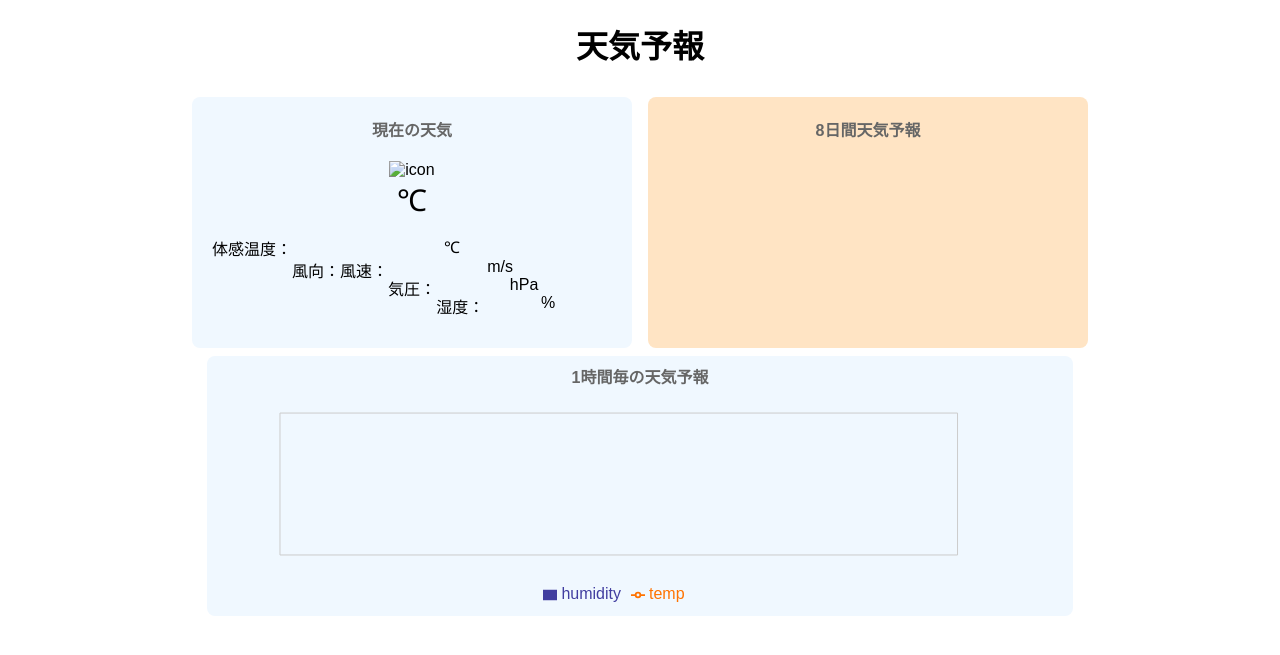
Repository: IshigureTomoki/weather-app
Page: /
These files come from the project's save history. The page is drawn as it stood at one moment and after a run of saves; the edit follows.
The browser window is 1280 px wide. The pictures show the whole page.
The page's requests for data from a server got no answer. The project was rebuilt for these pictures with package versions that can differ from the ones it lists, and the page was loaded fresh each time. No one was signed in, and anything a server would have sent is missing.

Above is the page before, as saved 2022-02-25 15:02:35.

After the next 3 saves:
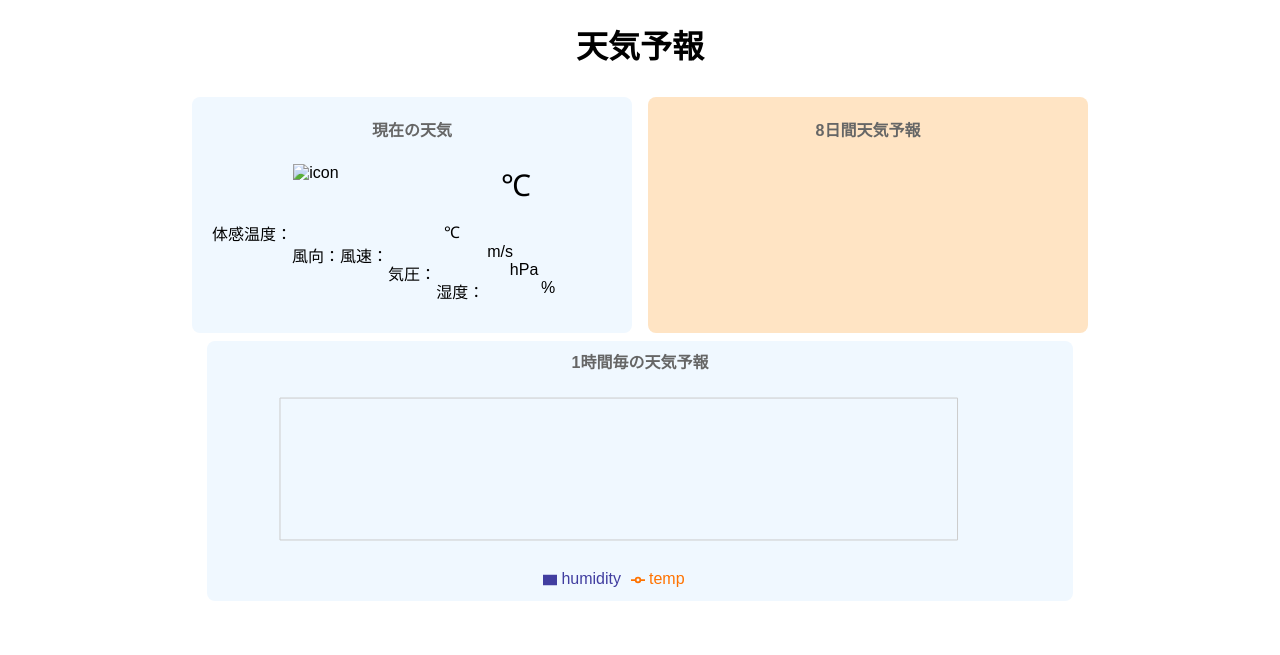
The 3 saves are shown as one change because they came seconds apart.
The last was saved 9 s later.
--- a/src/App.css
+++ b/src/App.css
@@ -26,7 +26,7 @@ body {
   font-size: 25px;
 }
 .nowtemps{
-  pa
+  padding-top: 3px;
   display: flex;
   justify-content:space-around;
 }
